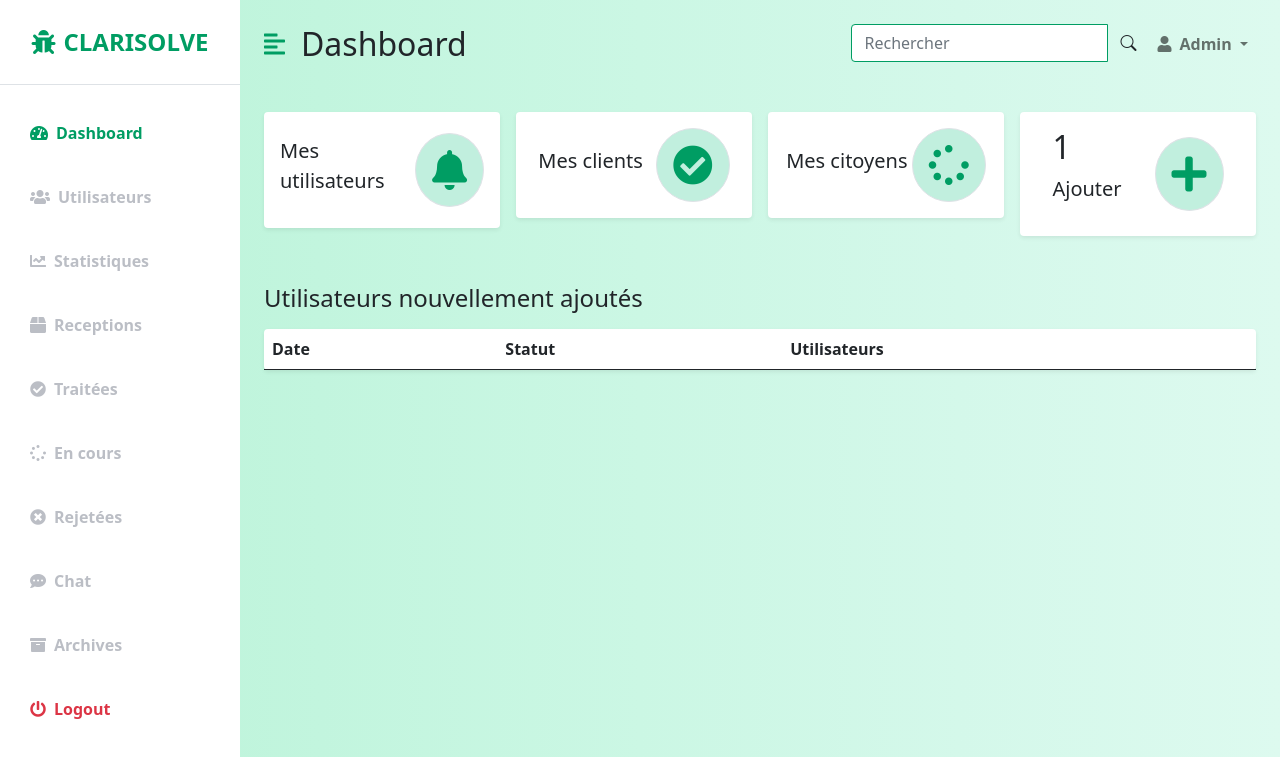
Repository: Senare1/PlaintEasy
Page: accounts/templates/accounts/users.html
These files come from the project's save history. The page is drawn as it stood at one moment and after the next save; the edit follows.
The browser window is 1280 px wide. The pictures show the whole page.
The template is drawn by Django 4.2. The application's start-up code is not run. The template is opened directly, without the code that normally fills it, so the values that code supplies are empty.

Above is the page before, as saved 2024-07-31 06:54:33.

After the next save:
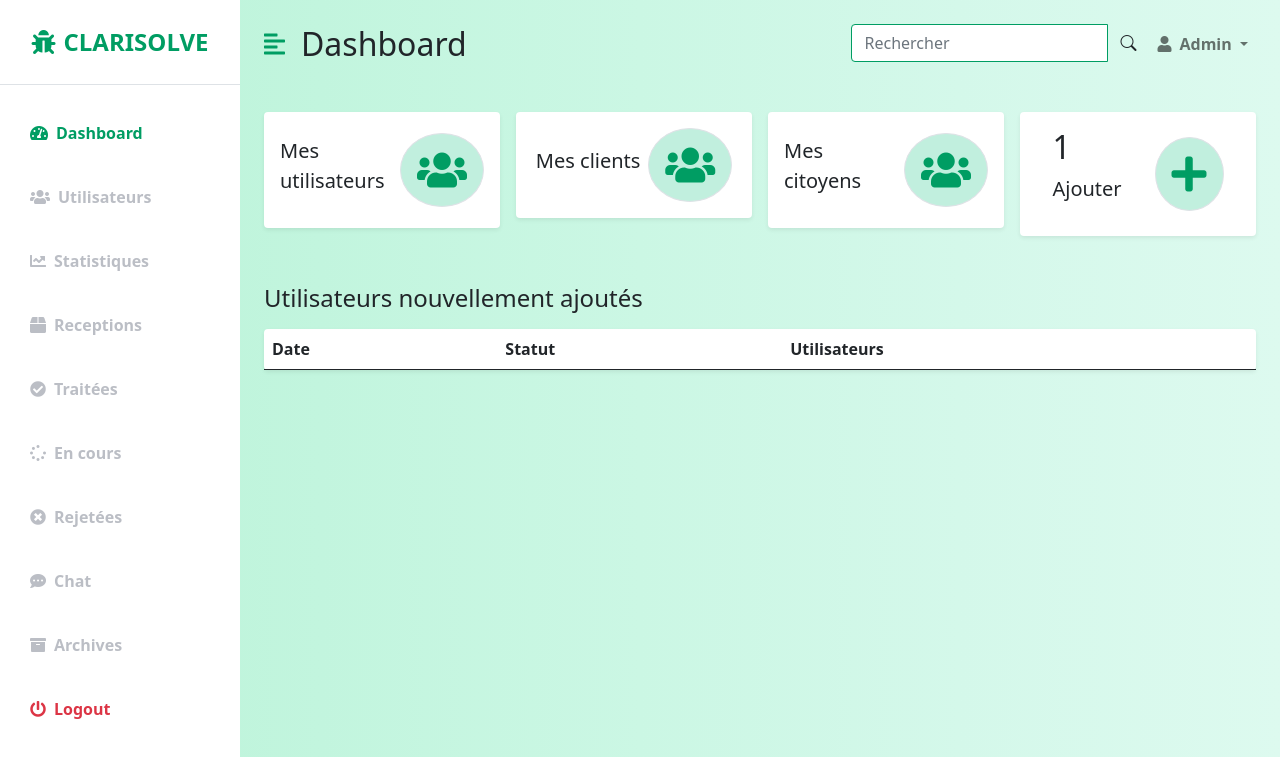
Saved 55 s later.
--- a/accounts/templates/accounts/users.html
+++ b/accounts/templates/accounts/users.html
@@ -14,7 +14,7 @@
                         <h3 class="fs-2">{{ nb_total }}</h3>
                         <p class="fs-5">Mes utilisateurs</p>
                     </div>
-                    <i class="fas fa-bell fs-1 primary-text border rounded-full secondary-bg p-3"></i>
+                    <i class="fas fa-users fs-1 primary-text border rounded-full secondary-bg p-3"></i>
                 </div>
             </a>
         </div>
@@ -27,7 +27,7 @@
                         <p class="fs-5">Mes clients</p>
                     </div>
                     <i
-                        class="fas fa-check-circle fs-1 primary-text border rounded-full secondary-bg p-3"></i>
+                        class="fas fa-users fs-1 primary-text border rounded-full secondary-bg p-3"></i>
                 </div>
             </a>
         </div>
@@ -39,7 +39,7 @@
                         <h3 class="fs-2">{{ nb_citizen }}</h3>
                         <p class="fs-5">Mes citoyens</p>
                     </div>
-                    <i class="fas fa-spinner fs-1 primary-text border rounded-full secondary-bg p-3"></i>
+                    <i class="fas fa-users fs-1 primary-text border rounded-full secondary-bg p-3"></i>
                 </div>
             </a>
         </div>
